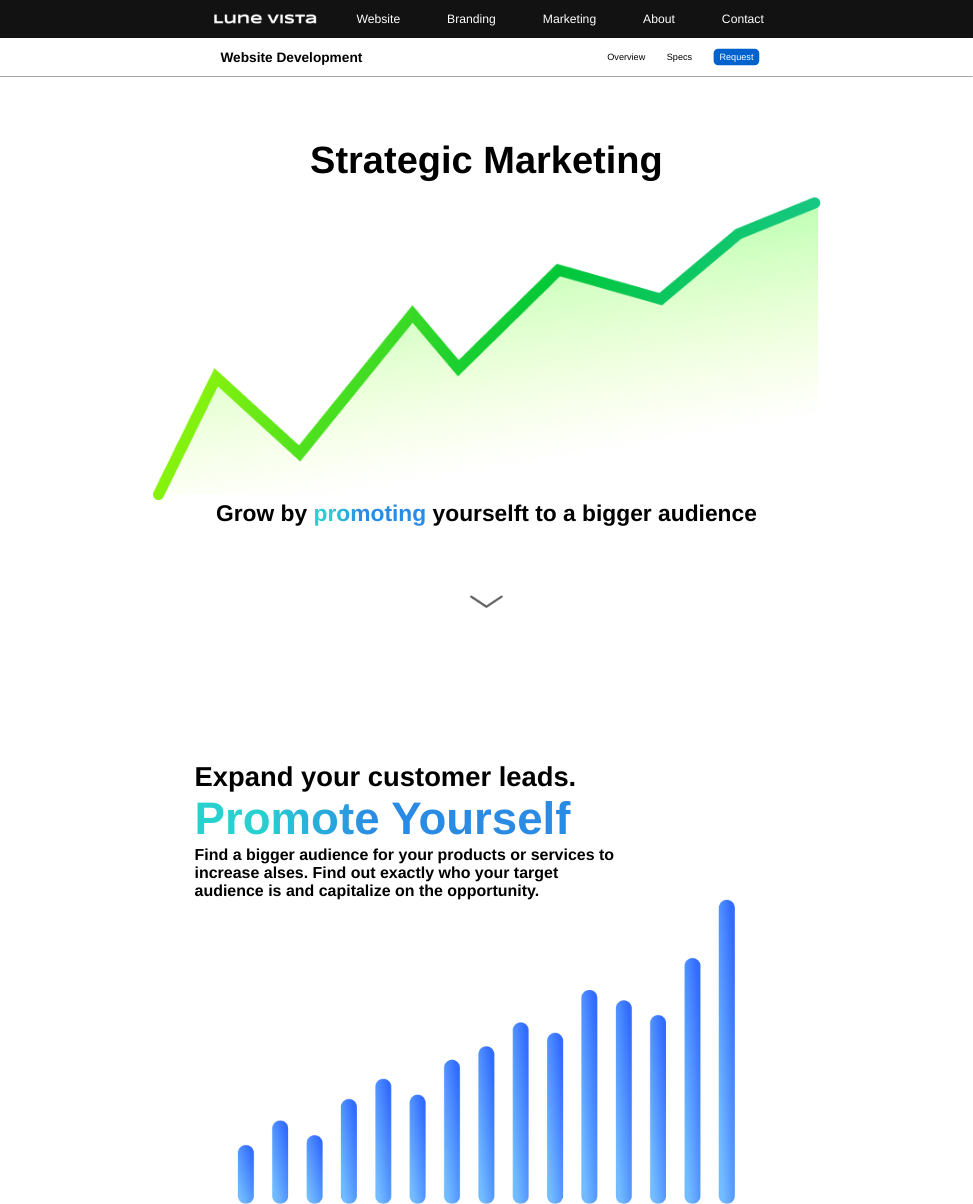
Repository: yoItsTyler/templates
Page: /marketing
These files come from the project's save history. The page is drawn as it stood at one moment and after the next save; the edit follows.
The browser window is 1280 px wide. The pictures show the whole page, at 76% of full size.
Some web fonts or font styles are not loaded; a fallback is used. The project was rebuilt for these pictures with package versions that can differ from the ones it lists, and the page was loaded fresh each time. Also part of the build but not shown: src/components/Branding/styles.module.css, src/components/Branding/Branding.js, src/components/Home/styles.module.css, src/components/Navbar/styles.module.css, src/components/Navbar/Navbar.js, src/components/NavbarMobile/styles.module.css, src/components/NavbarMobile/NavbarMobile.js, src/components/Home/Home.js and 10 more. Imported but missing from the stored project, and not drawn on this page: src/components/Request.

Above is the page before, as saved 2022-12-01 21:12:14.

### public/index.html
<!DOCTYPE html>
<html lang="en">
  <head>
    <meta charset="utf-8" />
    <link rel="icon" href="%PUBLIC_URL%/favicon.ico" />
    <meta name="viewport" content="width=device-width, initial-scale=1" />
    <meta name="theme-color" content="#000000" />
    <meta
      name="description"
      content="Web site created using create-react-app"
    />
    <link rel="apple-touch-icon" href="%PUBLIC_URL%/logo192.png" />
    <!--
      manifest.json provides metadata used when your web app is installed on a
      user's mobile device or desktop. See https://developers.google.com/web/fundamentals/web-app-manifest/
    -->
    <link rel="manifest" href="%PUBLIC_URL%/manifest.json" />
    <!--
      Notice the use of %PUBLIC_URL% in the tags above.
      It will be replaced with the URL of the `public` folder during the build.
      Only files inside the `public` folder can be referenced from the HTML.

      Unlike "/favicon.ico" or "favicon.ico", "%PUBLIC_URL%/favicon.ico" will
      work correctly both with client-side routing and a non-root public URL.
      Learn how to configure a non-root public URL by running `npm run build`.
    -->
    <title>Root Template</title>
  </head>
  <body>
    <noscript>You need to enable JavaScript to run this app.</noscript>
    <div id="root"></div>
    <!--
      This HTML file is a template.
      If you open it directly in the browser, you will see an empty page.

      You can add webfonts, meta tags, or analytics to this file.
      The build step will place the bundled scripts into the <body> tag.

      To begin the development, run `npm start` or `yarn start`.
      To create a production bundle, use `npm run build` or `yarn build`.
    -->
  </body>
</html>

### src/index.js
import React from 'react';
import  ReactDOM  from 'react-dom';
import './index.css';
import reportWebVitals from './reportWebVitals';
import { BrowserRouter as Router } from 'react-router-dom';
import { App } from './components/App';

ReactDOM.render(
  <React.StrictMode>
    <Router>
     <App/>
    </Router>
  </React.StrictMode>,
  document.getElementById('root'),
);



// If you want to start measuring performance in your app, pass a function
// to log results (for example: reportWebVitals(console.log))
// or send to an analytics endpoint. Learn more: https://bit.ly/CRA-vitals
reportWebVitals();

### src/index.css


@import url('https://fonts.cdnfonts.com/css/work-sans');
html, body{
  min-height: fit-content;
 height: 100vh;
  width: 100vw;
  max-width: 100vw;
  margin: 0;
  overflow-x: hidden;
  -ms-overflow-style: none;  /* IE and Edge */
  scrollbar-width: none;  /* Firefox */
  scroll-behavior: smooth;



}
body {



  font-family:  -apple-system, BlinkMacSystemFont, 'Segoe UI', 'Roboto', 'Oxygen',
    'Ubuntu', 'Cantarell', 'Fira Sans', 'Droid Sans', 'Helvetica Neue',
    sans-serif;
    font-family: 'Helvetica';
    font-style: normal;
  -webkit-font-smoothing: antialiased;
  -moz-osx-font-smoothing: grayscale;

  font-family: 'Helvetica', sans-serif;
  -webkit-font-smoothing: antialiased;
  -moz-osx-font-smoothing: grayscale;
}
body::-webkit-scrollbar{
  display: none;
}


code {
  font-family: source-code-pro, Menlo, Monaco, Consolas, 'Courier New',
    monospace;
}

### src/components/App/App.js
import { useEffect, useState } from 'react';
import { Route, Switch } from 'react-router-dom';
import { Branding } from '../Branding/Branding';
import { Home } from '../Home';
import { LogoDesign } from '../LogoDesign';
import { Marketing } from '../Marketing/Marketing';
import { Navbar } from '../Navbar/Navbar';
import { NavbarMobile } from '../NavbarMobile';
import { Plan } from '../Plan/Plan';
import { Plans } from '../Plans/Plans';
import { Request } from '../Request';
import { Specs } from '../Specs';
import { Web } from '../Web/Web';
import styles from './styles.module.css';






export const App = () => {




    return(
        <div className={styles.main}>


            <Switch>
            <Route exact path = {['/request/:id', '/request']} component={Request}/>
            <Route exact path='/marketing' component={Marketing}/>
            <Route exact path = '/branding' component={Branding}/>
            <Route exact path = '/logo-design' component={LogoDesign}/>
                <Route exact path = '/plan/:id' component={Plan}/>
                <Route exact path = '/web-plans' component={Plans}/>
                 <Route exact path = '/web' component={Web}/>
                 <Route exact path = '/specs' component={Specs}/>
                <Route path={['/']} component={Home}/>

            </Switch>
        </div>
    )
}

### src/components/LogoDesign/index.js
export * from './LogoDesign';

### src/components/Marketing/Marketing.js
import { NavbarWeb } from '../NavbarWeb/NavbarWeb';
import { NavBarWebSub } from '../NavBarWebSub/NavBarWebSub';
import styles from './styles.module.css';
import graph from '../../images/Group 55.png';
import graph2 from '../../images/Group 56.png';
import arrow from '../../images/arrow.png';

export const Marketing = () => {

    return(
        <div className={styles.main}>
            <NavbarWeb/>
            <NavBarWebSub/>


            <div className={styles.tile}>

                <div className={styles.title}>
                    Strategic Marketing

                </div>

                <div className={styles.centerItem}>
                <img src={graph} className={styles.graph}/>
                </div>
                <div className={styles.subTxt}>
                    Grow by <span className={styles.blueGrad}>promoting</span> yourselft to a bigger audience
                </div>

                <div className={styles.centerItem}>
                <img src={arrow} className={styles.arrow}/>
                </div>

                <div className={styles.leftCol}
                >
                    <div className={styles.bT1}>
                        Expand your customer leads.
                    </div>
                    <div className={styles.blueTitle}>
                        Promote Yourself
                    </div>
                    <div className={styles.bT2}>
                        Find a bigger audience for your products or services to increase alses. Find out exactly who your target audience is and capitalize on the opportunity.
                    </div>

                </div>

                <div className={styles.centerItem}>
                <img src={graph2} className={styles.graph}/>
                </div>







            </div>

        </div>
    );
};

### src/components/NavbarMobile/index.js
export * from './NavbarMobile';

### src/components/Specs/index.js
export * from './Specs';

### src/components/App/styles.module.css
.main{
    margin-top: 0;
    min-height: fit-content;
    height: 100vh;
    width: 100%;
    max-width: 100vw;
}

### src/components/NavbarWeb/NavbarWeb.js
import styles from './styles.module.css';
import logo2 from '../../images/LuneVistaLogo.png';
import search from '../../images/search.png';
import { useHistory } from 'react-router-dom';
import { useEffect, useState } from 'react';


export const NavbarWeb = () => {
    const history = useHistory();


    const [mobileBool, setMobileBool] = useState(false);
    const [windowDimension, setWindowDimension] = useState(722)

    useEffect(() => {
        setWindowDimension(window.innerWidth);
    }, []);

    useEffect(() => {
        function handleResize() {
            setWindowDimension(window.innerWidth);
        }

        window.addEventListener("resize", handleResize);
        return () => window.removeEventListener('resize', handleResize);
    }, []);

    const isMobile = windowDimension <= 720;

    useEffect(() => {
        if (isMobile !== mobileBool) {
            setMobileBool(isMobile);
        };
        return isMobile;
    }, [isMobile]);





    // <div className={styles.falseDiv}></div>
    return (
        <div className={styles.main}>

            <div className={styles.row}>


                <div className={styles.logo}
                    onClick={() => history.push('/')}
                >
                    <img src={logo2} style={{ width: '100%', height: '' }} />

                </div>






                        {isMobile ? (
                            <div className={styles.mobileMenu}>Menu</div>
                        ) : (
                            <div className={styles.pages}>
                            <div className={styles.page}
                                 onClick={() => history.push('/web')}
                                >Website</div>
                                <div className={styles.page} onClick={() => history.push('/branding')}
                                >Branding</div>
                                <div className={styles.page} onClick={() => history.push('/marketing')}
                                >Marketing</div>
                                <div className={styles.page} onClick={() => history.push('/about')}
                                >About</div>
                                <div className={styles.page} onClick={() => history.push('/contact')}
                                >Contact</div>
                            </div>

                        )}



                    </div>


                </div>





            )
}

### src/components/NavBarWebSub/NavBarWebSub.js
import { useHistory } from 'react-router-dom';
import styles from './styles.module.css';


export const NavBarWebSub = () => {
    const history = useHistory();

    /*




                <div className={styles.row}>
                    <div className={styles.title}>
                        Website Development
                    </div>
                    <div className={styles.btnRow}>
                        <div className={styles.btnTxt}>Overview</div>
                        <div className={styles.btnTxt}>Specs</div>
                        <div className={styles.requestBtn}>Request</div>
                    </div>



                </div>*/


    return (
        <div className={styles.main}>
            <div className={styles.column}>
                <div className={styles.topSpace}></div>
                <div className={styles.row}>
                    <div className={styles.title}>
                        Website Development
                    </div>
                    <div className={styles.btnRow}>
                        <div className={styles.btnTxt}>Overview</div>
                        <div className={styles.btnTxt} onClick={() => history.push('/specs')}
                        >Specs</div>
                        <div className={styles.requestBtn} onClick={() => history.push('/web-plans')}
                        >Request</div>
                    </div>



                </div>



            </div>



        </div>
    )
}

### src/components/Marketing/styles.module.css
.main{

}
.title{
    margin-top: 80px;
    margin-bottom: 20px;
    font-weight: 700;
    font-size: 50px;
    text-align: center;

}
.centerItem{
    display: flex;
    flex-direction: column;
    align-items: center;
    justify-content: center;

}
.subTxt{
    text-align: center;
    font-weight: 700;
    font-size: 30px;
}
.blueGrad{
    background:
linear-gradient(90.35deg, #28D0D0 15.73%, #2A8BE4 41.95%);
  -webkit-background-clip: text;
  -webkit-text-fill-color: transparent;
}
.graph{
   height: 400px;
   max-width: 105vw;
}


.leftCol{
    width: 564px;
    max-width: 80%;

    margin-left: 20%;
}
.blueTitle{
    background:
linear-gradient(90.35deg, #28D0D0 15.73%, #2A8BE4 41.95%);
  -webkit-background-clip: text;
  -webkit-text-fill-color: transparent;
  font-weight: 700;
  font-size: 60px;
}

.bT1{
    font-weight: 700;
    font-size: 36px;

}
.bT2{
    font-weight: 700;
    font-size: 21px;

}
.arrow{
    margin-top: 90px;
    margin-bottom: 200px;
}

### src/components/NavbarWeb/styles.module.css
.main{
    width: 100vw;
    max-width: 100vw;
    height: 50px;
    margin-top: 0;
   overflow-x: hidden;
    background-color: hsl(0, 0%, 7%);
    position: fixed;
    display: flex;
    z-index: 2;
    justify-content: center;



}
.row{
    width: 100%;

    align-self: center;

    height: 50px;
    max-width: 730px;

    color: #FFFFFF;
 display: flex;
 align-items: center;

justify-content: space-between;



}
.logo{

    padding-left: min(16px, 1.0%);
    height: 32px;
    cursor: pointer;
    display: flex;
    align-content: center;
    align-items: center;
    justify-content: center;
      justify-self: left;
    max-width: 134px;




}
.falseDiv{
    padding-right: min(16px, 1.0%);
    width: 134px;



}
.rightSide{
   align-self: center;
  justify-self: center;


}
.pages{
    flex-basis: 1;
    display: flex;
   height: 32px;


    width: 80%;
    max-width: 536px;
    align-items: center;
    justify-content: space-between;
    justify-self: center;




}

.page{

    font-weight: 400;
    font-size: 16px;
    line-height: 24px;
   cursor: pointer;

   height: 24px;
   align-content: center;
   align-items: center;

   padding-left: 0px;
   padding-right: 0px;

}
.page:hover{
    background-color: rgba(0, 0, 0, 0.3);
   border-radius: 3px;
}
.mobileMenu{
    margin-right: 9px;
}



.search{
   padding-right: min(16px, 1.5%);
margin-left: auto;


}

### src/components/NavBarWebSub/styles.module.css
.main{
    width: 100vw;
    height: 100px;
    position: sticky;

  max-width: 100vw;
  overflow-x: hidden;

    display: flex;
    justify-content: center;
    z-index: 1;
    background-color: white;
    border-bottom: rgba(0, 0, 0, 0.473) .6px solid;
}


.column{
    width: 100%;
    max-width: 730px;

    display: flex;
    flex-direction: column;
    justify-content: center;
    align-content: center;
}
.topSpace{
    height: 50px;

}
.row{
    justify-self: center;
    display: flex;
    width: 100%;
    max-width: 730px;
    justify-content: space-between;
    align-items: center;
    padding-left: 6px;
    padding-right: 6px;
}
.btnRow{
    display: flex;
    width: 200px;
    justify-content: space-between;
    padding-left: 6px;
    align-items: center;
    margin-right: 12px;
}
.title{
    margin-left: 9px;
    height: 20px;
    font-size: 18px;
    font-weight: 700;
    flex-wrap: nowrap;

}
@media only screen and (max-width: 440px) {
    .title{
        font-size: 18px;
        max-width: 100px;
        overflow: hidden;

    }
}
.btnTxt{
    font-size: 12px;
    font-weight: 400;
    line-height: 14px;
    cursor: pointer;

}
.requestBtn{
    font-size: 12px;
    font-weight: 400;
    background-color: #0062CC;
    color: white;
    height: 22px;
    width: 60px;
    display: flex;
    flex-direction: column;
    align-items: center;

    justify-content: center;
    border-radius: 6px;
    line-height: 20px;
    cursor: pointer;
}

Loaded but not shown: src/reportWebVitals.js (common file); src/components/App/index.js (common file); src/components/Home/index.js (common file); src/components/Home/mobile.module.css (no stored copy; drawn as an empty file)

After the next save:
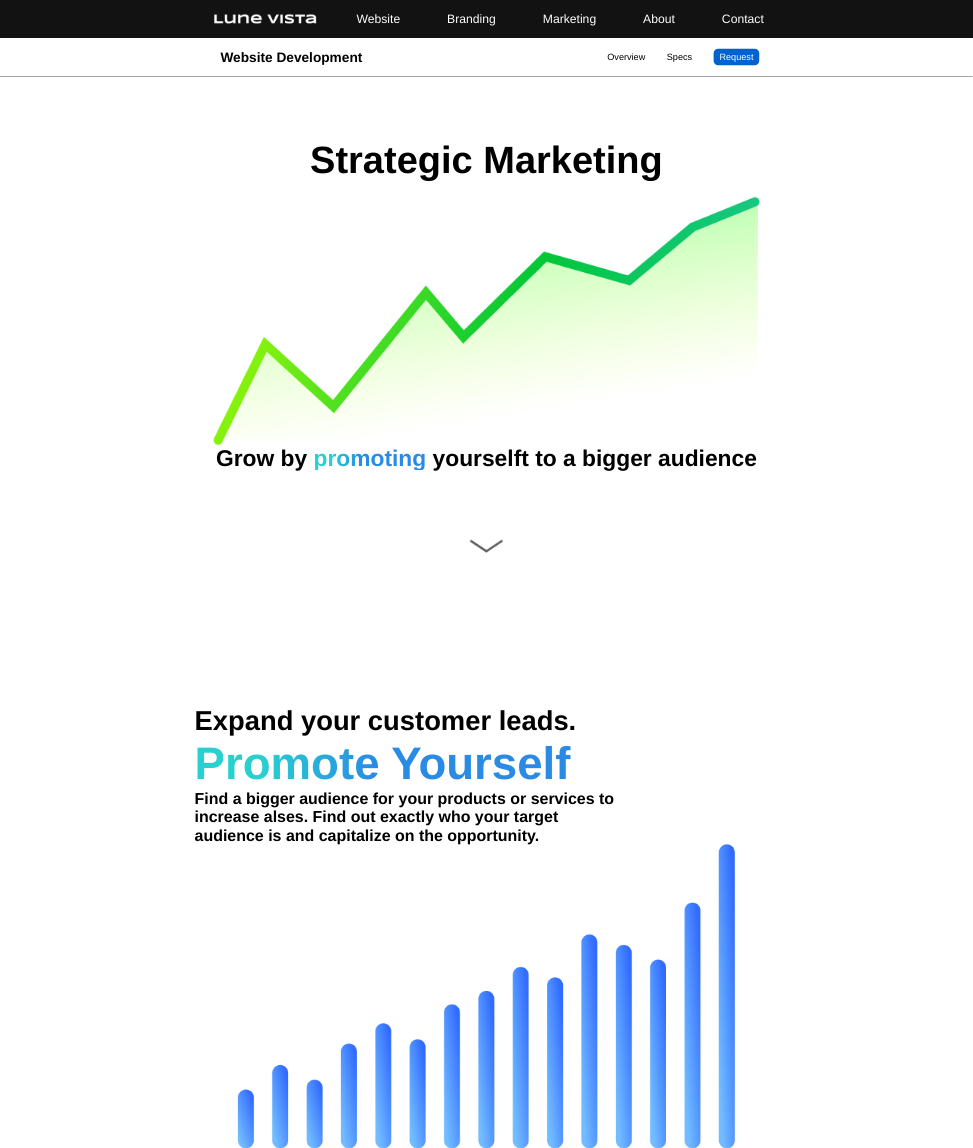
Saved 19 s later.
--- a/src/components/Marketing/styles.module.css
+++ b/src/components/Marketing/styles.module.css
@@ -28,7 +28,7 @@ linear-gradient(90.35deg, #28D0D0 15.73%, #2A8BE4 41.95%);
   -webkit-text-fill-color: transparent;
 }
 .graph{
-   height: 400px;
+   max-height: 400px;
    max-width: 105vw;
 }
 
